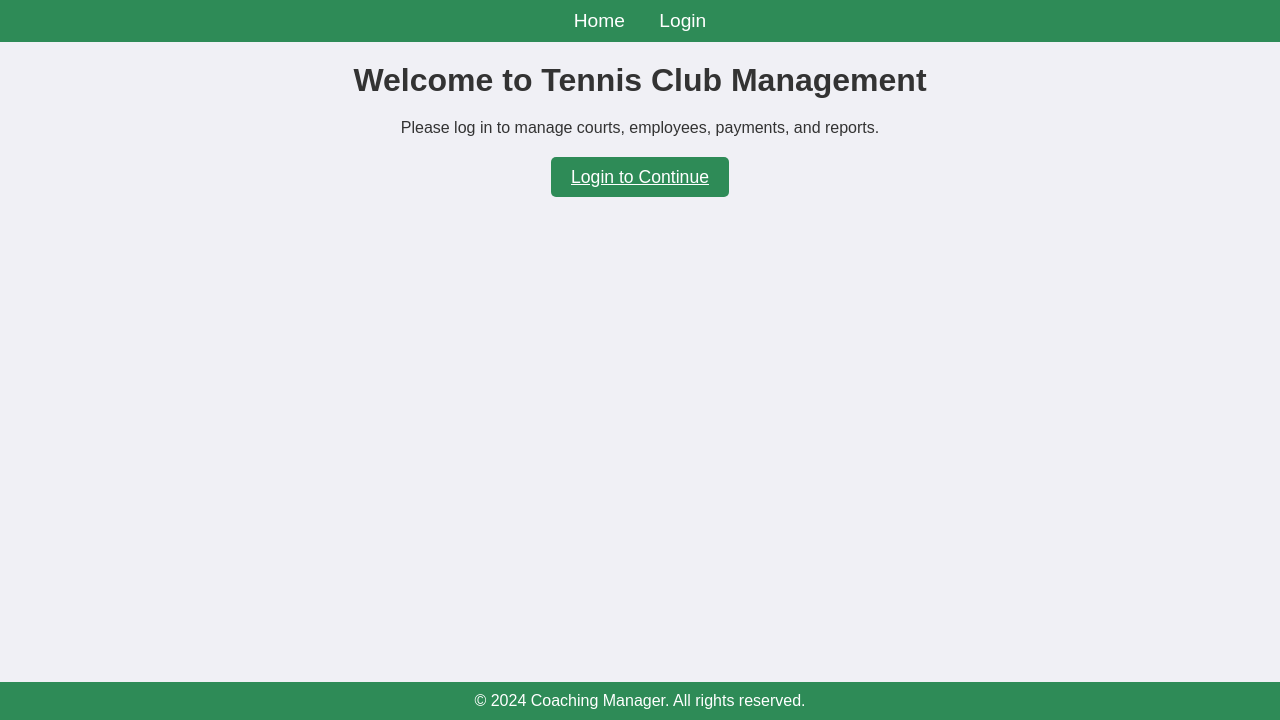
Repository: andrewfunk14/tennis_club_app
Page: tennis_club_app/backend/templates/landing_page.html
The author's editor kept a record of every edit. The page is drawn from the files as they stood at one moment, then again after the next edit.
The browser window is 1280 px wide. The pictures show the whole page.
The template is drawn by Django 4.2. The application's start-up code is not run. The template is opened directly, without the code that normally fills it, so the values that code supplies are empty.

Above is the page before.

After the next edit:
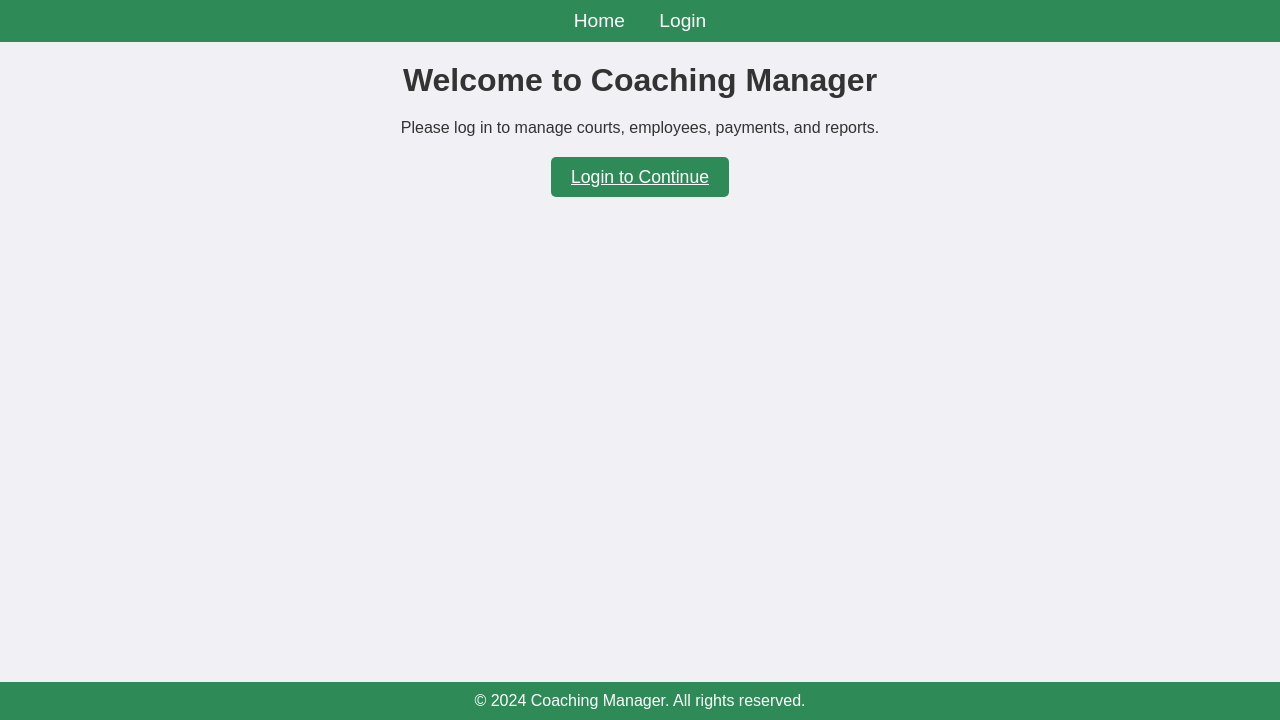
The edit:
--- a/tennis_club_app/backend/templates/landing_page.html
+++ b/tennis_club_app/backend/templates/landing_page.html
@@ -3,7 +3,7 @@
 {% block title %}Welcome to the Coaching Manager{% endblock %}
 
 {% block content %}
-    <h1>Welcome to Tennis Club Management</h1>
+    <h1>Welcome to Coaching Manager</h1>
     <p>Please log in to manage courts, employees, payments, and reports.</p>
 
     <!-- Button Container -->
